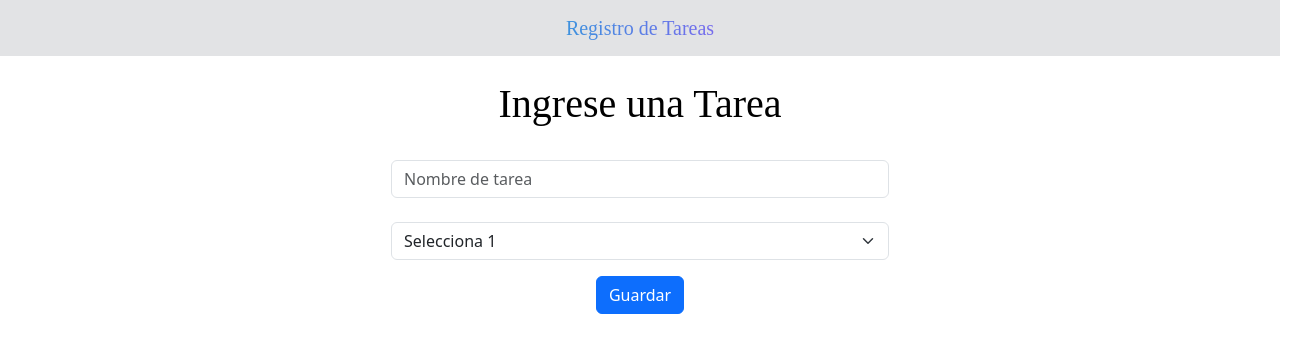
Repository: mgarrido0gb/registroTareas
Page: http://localhost/Tareas/Home
These files come from the project's save history. The page is drawn as it stood at one moment and after the next save; the edit follows.
The browser window is 1280 px wide. The page is 1292 px wide, so the pictures cover 1292 px, including what lies to the right of the window. The pictures show the whole page.
Some web fonts or font styles are not loaded; a fallback is used. The page is served by Tomcat 10. Other server files are loaded and not shown. Queries for data that is not in the repository find no rows.

Above is the page before, as saved 2024-05-21 22:47:23.

### Tareas/src/main/webapp/WEB-INF/home.jsp
<%@page import="models.Categoria"%>
<%@page import="models.Tarea"%>
<%@ page language="java" contentType="text/html; charset=ISO-8859-1"
    pageEncoding="ISO-8859-1" import="java.util.ArrayList" import="models.Tarea" import="models.Categoria"%>
<!doctype html>
<html lang="en">
  <head>
    <meta charset="utf-8">
    <meta name="viewport" content="width=device-width, initial-scale=1">
    <title>Registro Tareas</title>
    <link href="https://cdn.jsdelivr.net/npm/bootstrap@5.3.3/dist/css/bootstrap.min.css" rel="stylesheet" integrity="sha384-QWTKZyjpPEjISv5WaRU9OFeRpok6YctnYmDr5pNlyT2bRjXh0JMhjY6hW+ALEwIH" crossorigin="anonymous">
    <link rel="preconnect" href="https://fonts.googleapis.com">
	<link rel="preconnect" href="https://fonts.gstatic.com" crossorigin>
	<link href="https://fonts.googleapis.com/css2?family=Kanit:ital,wght@0,100;0,200;0,300;0,400;0,500;0,600;0,700;0,800;0,900;1,100;1,200;1,300;1,400;1,500;1,600;1,700;1,800;1,900&family=Open+Sans:ital,wght@0,300..800;1,300..800&family=Roboto:ital,wght@0,100;0,300;0,400;0,500;0,700;0,900;1,100;1,300;1,400;1,500;1,700;1,900&display=swap" rel="stylesheet">
    <style type="text/css">
    	body{
    		background-color: white;
    		color: black;
    	}

    	li{
    		color: black;
    	}

    	#titulo ,h1{
    		font-family: "Kanit", static;
    	}

    	#titulo{
  			color: transparent;
    		background-image: linear-gradient(to left, #FFD700, #7B68EE, #3498db, #2ecc71, #FFD700);
    		background-clip: text;
    		animation: color 3s linear infinite;
    		background-size: 500%;

    	}

    	@keyframes color {
    		from {
       			 background-position: 0% 50%;
    		}

    		to {
        		background-position: 100% 50%;
    		}
		}






    </style>

  </head>
  <body>
  	<%
  		ArrayList<Categoria> cats = (ArrayList<Categoria>)request.getAttribute("cats");
  		ArrayList<Tarea> tareas = (ArrayList<Tarea>)request.getAttribute("tareas");

  	%>
  	<nav class="navbar navbar-expand-lg bg-secondary-subtle text-secondary-emphasis">
    	<div class="container-fluid">
        	<a class="navbar-brand mx-auto " id="titulo" href="#">Registro de Tareas</a>
    	</div>
	</nav>

    <div class="container">
    	<div class="row justify-content-center">
        	<div class="col-12 col-md-9 col-lg-6">
            	<form action="/Tareas/Home" method="post">
                	<div class="p-4">
                    	<h1 class="text-center">Ingrese una Tarea</h1>
                    	<br>
                    	<div class="form-group">
                        	<input class="form-control" placeholder="Nombre de tarea" name="texto" type="text" required>
                    	</div>
                    	<br>
                    	<div class="col-12">
              				<select class="form-select" name="categoria_id" required>
                				<option selected value required>Selecciona 1</option>
                					<% for (Categoria c: cats) { %>
                						<option value="<%=c.id %>"><%=c.nombre %></option>
                					<% } %>
              				</select>
     					</div>
                    	<div class="text-center mt-3">
                        	<input type="submit" value="Guardar" class="btn btn-primary" onclick="mensaje()">
                    	</div>
                	</div>

            	</form>
        	</div>
    	</div>
	</div>






   <div class="row">
   		<div class="col-6 offset-3 d-block m-auto m-0 p-2 col-md-3">


    			<% for (Tarea t: tareas) { %>
    				<ul class="list-group text-center">
    					<li <% if (t.completada == true){ %>class="text-decoration-line-through text-danger"<% } %> class="list-group-item text-center">
    		 				<h5>Agregada el: <%=t.fecha %></h5>
    		 				<h6 class="text-center">(<%=t.texto%>)</h6>
    		 				<a href="/Tareas/CheckearTarea?id=<%=t.id%>"><img src="https://img.icons8.com/?size=48&id=sz8cPVwzLrMP&format=png" class="logotipo" onclick="check()" ></img></a>
    		 				<a href="/Tareas/GestionTarea?id=<%=t.id%>"><img src="https://img.icons8.com/?size=48&id=pre7LivdxKxJ&format=png" class="logotipo" onclick="eliminar()"></img></a>
    					</li>
    				<br>
    			<%}%>
    		</ul>

   		</div>
   </div>


   <script type="text/javascript">


   	function mensaje(){
   		alert("Tarea Agregada con éxito");
   	}

   	function eliminar(){
   		alert("Tarea eliminada con éxito");
   	}

   	function check(){
   		alert("Tarea Realizada con éxito");
   	}

   </script>
    <script src="https://cdn.jsdelivr.net/npm/bootstrap@5.3.3/dist/js/bootstrap.bundle.min.js" integrity="sha384-YvpcrYf0tY3lHB60NNkmXc5s9fDVZLESaAA55NDzOxhy9GkcIdslK1eN7N6jIeHz" crossorigin="anonymous"></script>
  </body>
</html>

### Tareas/src/main/java/servlets/Home.java
package servlets;

import jakarta.servlet.RequestDispatcher;
import jakarta.servlet.ServletException;
import jakarta.servlet.annotation.WebServlet;
import jakarta.servlet.http.HttpServlet;
import jakarta.servlet.http.HttpServletRequest;
import jakarta.servlet.http.HttpServletResponse;
import models.Categoria;
import models.Tarea;

import java.io.IOException;
import java.sql.SQLException;
import java.util.ArrayList;

import daos.CategoriaDao;
import daos.TareaDao;


/**
 * Servlet implementation class Home
 */
public class Home extends HttpServlet {
	private static final long serialVersionUID = 1L;

    /**
     * Default constructor.
     */
    public Home() {
        // TODO Auto-generated constructor stub
    }

	/**
	 * @throws IOException
	 * @throws ServletException
	 * @see HttpServlet#doGet(HttpServletRequest request, HttpServletResponse response)
	 */
	protected void doGet(HttpServletRequest request, HttpServletResponse response) throws ServletException, IOException  {
		// TODO Auto-generated method stub
		try {
			ArrayList<Tarea> tareas = TareaDao.getAll();
			System.out.println(tareas);
			request.setAttribute("tareas", tareas);

			ArrayList<Categoria> cats = CategoriaDao.getAll();
			request.setAttribute("cats", cats);
		} catch(SQLException e) {
			System.out.println(e);
		}


		// 2. Cargamos el JSP
		RequestDispatcher vista = request.getRequestDispatcher("WEB-INF/home.jsp");
		vista.forward(request, response);
	}

	/**
	 * @see HttpServlet#doPost(HttpServletRequest request, HttpServletResponse response)
	 */
	protected void doPost(HttpServletRequest request, HttpServletResponse response) throws ServletException, IOException {
		// TODO Auto-generated method stub
		String textoNuevaTarea = request.getParameter("texto");
		int categoria_id = Integer.parseInt(request.getParameter("categoria_id"));
		try {
			TareaDao.addNew(textoNuevaTarea,categoria_id);

		} catch (SQLException e) {
			// TODO Auto-generated catch block
			e.printStackTrace();
		}


		response.sendRedirect("/Tareas/Home");
	}

}

### Tareas/src/main/java/daos/TareaDao.java
package daos;

import java.sql.Connection;
import java.sql.PreparedStatement;
import java.sql.ResultSet;
import java.sql.SQLException;
import java.sql.Statement;
import java.util.ArrayList;

import models.Categoria;
import models.MyConn;
import models.Tarea;

public class TareaDao {

	static public void addNew(String textoNuevaTarea, int categoria_id) throws SQLException {
		//1.-  nueva conexion
		Connection conn = MyConn.getConnection();
		//2.- consulta
		PreparedStatement consulta =conn.prepareStatement("INSERT INTO TAREAS (texto,categoria_id) values(?,?)");
		consulta.setString(1, textoNuevaTarea);
		consulta.setInt(2, categoria_id);
		consulta.execute();
	}

	static public void deleteById (int idTarea) throws SQLException {
		// 1. Pedimos una conexion nueva
		Connection conn = MyConn.getConnection();
		// 2. Creamos la consulta
		PreparedStatement stmt = conn.prepareStatement(
			"delete from tareas where id=?"
		);
		stmt.setInt(1, idTarea);
		// 3. Ejecutar la stmt
		stmt.executeUpdate();
	  }

	static public void checkById (int idTarea) throws SQLException {
		// 1. Pedimos una conexion nueva
		Connection conn = MyConn.getConnection();
		// 2. Creamos la consulta
		PreparedStatement stmt = conn.prepareStatement(
			"update tareas set completada = true where id = ?"
		);
		stmt.setInt(1, idTarea);
		// 3. Ejecutar la stmt
		stmt.executeUpdate();
	  }





	static public ArrayList<String> get_textos () throws SQLException {
		// 1. Creamos un ArrayList vacío
		ArrayList<String> textos = new ArrayList<String>();
		// 2. Pedimos una conección nueva
		Connection conn = MyConn.getConnection();
		// 3. Creamos y ejecutamos la consulta
		Statement consulta = conn.createStatement();
		ResultSet respuesta = consulta.executeQuery("select * from tareas ");

		// 4. Vamos llenando el ArrayList con lo que tenga la respuesta
		while (respuesta.next()) {
		  textos.add( respuesta.getString("texto") );
		}
		// 5. Retornamos el ArrayList, ahora lleno
		return textos;
	  }



	static public ArrayList<Tarea> getAll () throws SQLException {
		// 1. Creamos un ArrayList vacío
		ArrayList<Tarea> tareas = new ArrayList<Tarea>();
		// 2. Pedimos una conección nueva
		Connection conn = MyConn.getConnection();
		// 3. Creamos y ejecutamos la consulta
		Statement consulta = conn.createStatement();
		ResultSet respuesta = consulta.executeQuery("select * from tareas");

		// 4. Vamos llenando el ArrayList con lo que tenga la respuesta
		while (respuesta.next()) {
			Tarea t = new Tarea(
					respuesta.getInt("id"),
					respuesta.getString("texto"),
					respuesta.getBoolean("completada"),
					respuesta.getDate("fecha")


			);
		  tareas.add(t);
		}
		return tareas;
	  }
}

### Tareas/src/main/java/models/MyConn.java
package models;

import java.sql.Connection;
import java.sql.DriverManager;
import java.sql.SQLException;

public class MyConn {
	static final String URL = "jdbc:postgresql://localhost/ejemplo_dao";
	static final String USER = "postgres";
	static final String PASSWORD = "12345";
	static final String DRIVER = "org.postgresql.Driver";

	static public Connection conn = null;

    static public Connection getConnection () {
      if (conn != null) {
        return conn;
      }
      try {
    	Class.forName(DRIVER);
    	conn = (Connection) DriverManager.getConnection(URL, USER, PASSWORD);
      }
      catch (ClassNotFoundException | SQLException e) {
    	e.printStackTrace();
      }
      return conn;
    }
}

### Tareas/src/main/java/daos/CategoriaDao.java
package daos;

import java.sql.Connection;
import java.sql.ResultSet;
import java.sql.SQLException;
import java.sql.Statement;
import java.util.ArrayList;

import models.Categoria;
import models.MyConn;


public class CategoriaDao {
	static public ArrayList<Categoria> getAll () throws SQLException {
		// 1. Creamos un ArrayList vacío
				ArrayList<Categoria> categorias = new ArrayList<Categoria>();
				// 2. Pedimos una conección nueva
				Connection conn = MyConn.getConnection();
				// 3. Creamos y ejecutamos la consulta
				Statement consulta = conn.createStatement();
				ResultSet respuesta = consulta.executeQuery("select * from categorias order by id");

				// 4. Vamos llenando el ArrayList con lo que tenga la respuesta
				while (respuesta.next()) {
				  Categoria t = new Categoria(
					respuesta.getInt("id"),
					respuesta.getString("nombre")
				  );
				  categorias.add( t );
				}
			  // 5. Retornamos el ArrayList, ahora lleno
			  return categorias;
}}

After the next save:
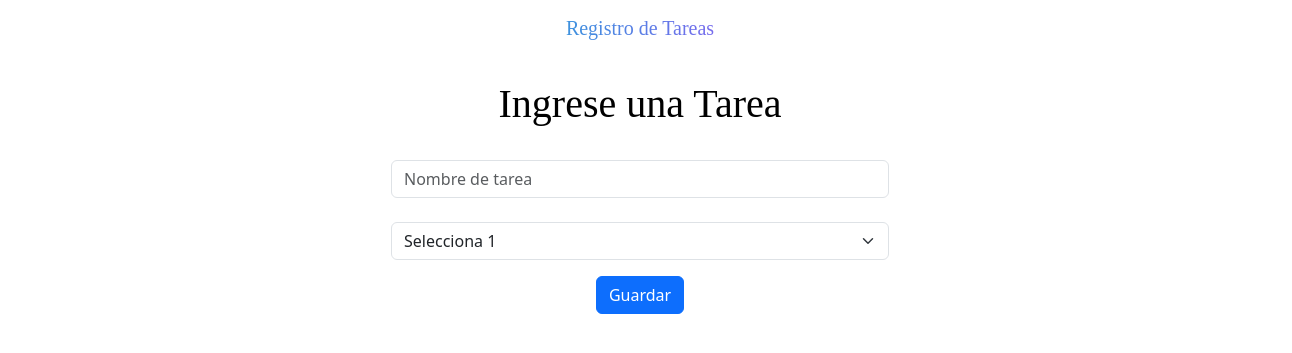
Saved 15 s later.
--- a/Tareas/src/main/webapp/WEB-INF/home.jsp
+++ b/Tareas/src/main/webapp/WEB-INF/home.jsp
@@ -59,7 +59,7 @@
   		ArrayList<Tarea> tareas = (ArrayList<Tarea>)request.getAttribute("tareas");
 
   	%>
-  	<nav class="navbar navbar-expand-lg bg-secondary-subtle text-secondary-emphasis">
+  	<nav class="navbar navbar-expand-lg ">
     	<div class="container-fluid">
         	<a class="navbar-brand mx-auto " id="titulo" href="#">Registro de Tareas</a>
     	</div>
